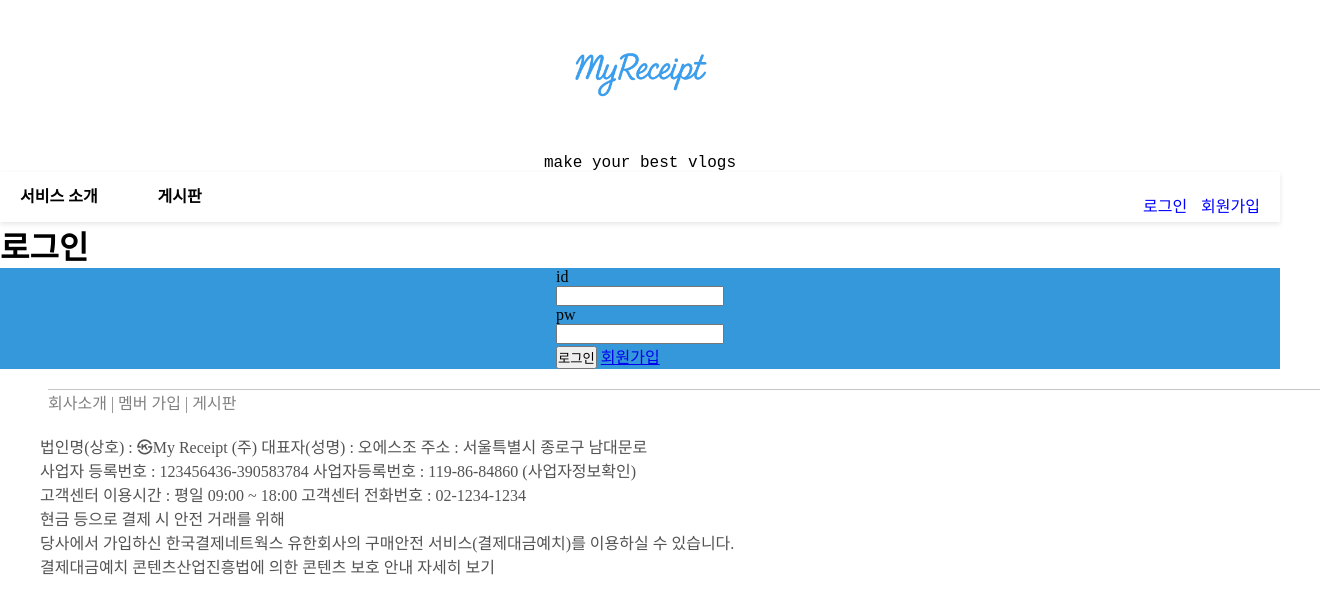
Repository: shong69/mini-project
Page: http://localhost/myReceipt2/login
An editor plug-in stored every save of this project. The page is shown before and after the next save, followed by the edit.
The browser window is 1280 px wide. The page is 1320 px wide, so the pictures cover 1320 px, including what lies to the right of the window. The pictures show the whole page.
Some web fonts or font styles are not loaded; a fallback is used. The page is served by Tomcat 10. Other server files are loaded and not shown.

Above is the page before, as saved 2025-05-05 23:17:19.

### jspProject/myReceipt2/src/main/webapp/WEB-INF/views/login.jsp
<%@ page language="java" contentType="text/html; charset=UTF-8"
    pageEncoding="UTF-8"%>
<!DOCTYPE html>
<html>
<head>
<meta charset="UTF-8">
<title>Insert title here</title>
<link rel="stylesheet" type="text/css" href="resources/css/main.css">
</head>
<body>
	<jsp:include page="/WEB-INF/views/common/header.jsp"></jsp:include>
	<h1>로그인</h1>
	<main>
		<form action="login" method="post" class="login-form">
			<div>
				<p>id</p>
				<input type="text" name="inputId">
			</div>
			<div>
				<p>pw</p>
				<input type="password" name="inputPw">
			</div>

			<button>로그인</button>

			<a href="/myReceipt2/signup" class = "signup">회원가입</a>
		</form>
	</main>

	<jsp:include page="/WEB-INF/views/common/footer.jsp"></jsp:include>
</body>
</html>

### jspProject/myReceipt2/src/main/webapp/WEB-INF/views/common/header.jsp
<%@ page language="java" contentType="text/html; charset=UTF-8"
    pageEncoding="UTF-8"%>
<%@ taglib prefix="c" uri="http://java.sun.com/jsp/jstl/core" %>
	<div id="header">
		<a href="/myReceipt2/index"><img src="resources/imgs/logo.png" style="width:150px;"/></a>
		<p style="font-family: 'Courier New', Courier, monospace;">make your best vlogs</p>
	</div>
	<div id="nav-bar">
		<div id="menu">
			<a href="/myReceipt2/intro">서비스 소개</a>
			<a href="/myReceipt2/board">게시판</a>
		</div>
		<div id="loginSt">
			<c:choose>
				<c:when test="${not empty sessionScope.loginMember} ">
					<p>%{sessionScope.loginMember.nickName}님이 로그인 중</p>
					<a href="/myReceipt2/logout">로그아웃</a>

				</c:when>
				<c:otherwise>
					<a href="/myReceipt2/login">로그인</a>
					<a href="/myReceipt2/sign">회원가입</a>
				</c:otherwise>
			</c:choose>
		</div>

	</div>

### jspProject/myReceipt2/src/main/webapp/WEB-INF/views/common/footer.jsp
<%@ page language="java" contentType="text/html; charset=UTF-8"
    pageEncoding="UTF-8"%>
	<footer class="footer">
	    <section>
	        <div class="footer-nav">
	            <a href="/">회사소개 |</a>
	            <a href="/signup">멤버 가입 |</a>
	            <a href="/">게시판</a>
	        </div>
	    </section>
	    <section>
	        <div>
	            법인명(상호) : ㉿My Receipt (주) 대표자(성명) : 오에스조 주소 : 서울특별시 종로구 남대문로 <br>
	            사업자 등록번호 : 123456436-390583784  사업자등록번호 : 119-86-84860 (사업자정보확인)<br>
	            고객센터 이용시간 : 평일 09:00 ~ 18:00  고객센터 전화번호 : 02-1234-1234
	        </div>

	        <div>
	            현금 등으로 결제 시 안전 거래를 위해<br>
	            당사에서 가입하신 한국결제네트웍스 유한회사의 구매안전 서비스(결제대금예치)를 이용하실 수 있습니다.<br>
	            결제대금예치 콘텐츠산업진흥법에 의한 콘텐츠 보호 안내 자세히 보기
	        </div>
	    </section>
	</footer>

### jspProject/myReceipt2/src/main/java/com/project/jsp/controller/LoginController.java
package com.project.jsp.controller;

import java.io.IOException;

import jakarta.servlet.ServletException;
import jakarta.servlet.http.HttpServlet;
import jakarta.servlet.http.HttpServletRequest;
import jakarta.servlet.http.HttpServletResponse;

public class LoginController extends HttpServlet{
	@Override
	protected void doGet(HttpServletRequest req, HttpServletResponse resp) throws ServletException, IOException {
		req.getRequestDispatcher("/WEB-INF/views/login.jsp").forward(req, resp);
	}
}

### jspProject/myReceipt2/src/main/webapp/resources/css/main.css
* {
	box-sizing: border-box;
	padding: 0;
	margin: 0;
	font-family: 'main';
}
/* 메인 폰트 */
@font-face {
	font-family: 'main';
	src:
		url('https://fastly.jsdelivr.net/gh/Project-Noonnu/noonfonts_2107@1.1/Pretendard-Regular.woff')
		format('woff');
	font-style: normal;
	font-weight: 400;
}

/*header*/
#header {
	width: 100%;
	text-align: center;
}

#header>div:first-child {
	margin-bottom: 15px;
}

#nav-bar {
	line-height: 50px;
	height: 50px;
	position: sticky;
	top: 0;
	left: 0;
	background-color: white;
	z-index: 1000;
	box-shadow: 0 2px 5px rgba(0, 0, 0, 0.1);
}

#loginSt {
	position: absolute;
	top: 10px;
	right: 20px;
}

#loginSt a {
	margin-left: 10px;
	color: blue;
	text-decoration: none;
}

#menu {
	display: flex;
	gap: 20px;
}

#menu a {
	text-decoration: none;
	color: black;
	font-weight: bold;
	padding: 0 20px;
	position: relative;
	overflow: hidden;
	transition: background-color 0.5s ease;
}

#menu a:hover {
	background-color: #335085;
	animation-duration: 2s;
	color: whitesmoke;
}

main {
	background-color: #3498db;
	display: flex;
	flex-direction: column;
	align-items: center;
}

.section-title {
	font-size: 3.5rem;
	margin: 100px 0 70px 0;
}

#carousel {
	width: 90%;
	height: 300px;
	background-color: #ddd;
	margin-top: 20px;
}
/*footer*/
.footer {
	background-color: white;
	width: 100%;
	height: auto;
	display: flex;
	flex-direction: column;
	padding-top: 20px;
	margin: 0 40px;
}

.footer>section:first-child {
	border-top: 1px solid #c5c5c5;
	display: flex;
	flex-direction: row;
	margin-left: 8px;
}

.footer>section a {
	color: gray;
	text-decoration: none;
}

.footer>section:nth-child(2) {
	padding-top: 20px;
	color: rgb(83, 83, 83);
}

After the next save:
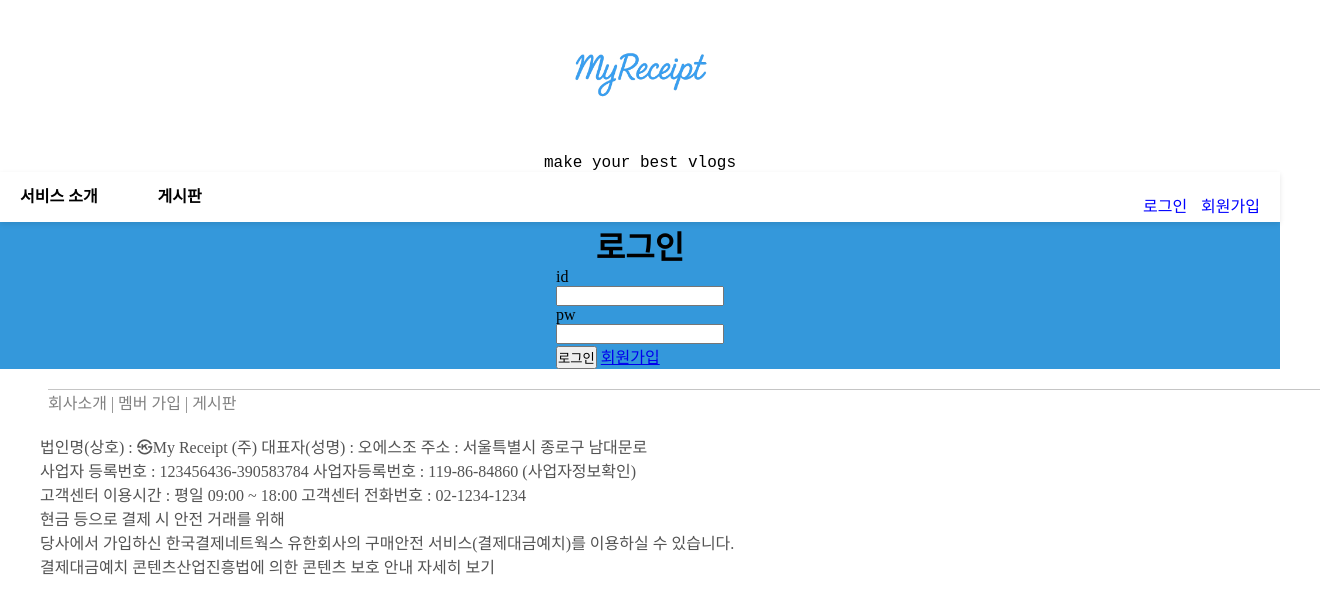
Saved 11 s later.
--- a/jspProject/myReceipt2/src/main/webapp/WEB-INF/views/login.jsp
+++ b/jspProject/myReceipt2/src/main/webapp/WEB-INF/views/login.jsp
@@ -9,8 +9,9 @@
 </head>
 <body>
 	<jsp:include page="/WEB-INF/views/common/header.jsp"></jsp:include>
-	<h1>로그인</h1>
+
 	<main>
+		<h1>로그인</h1>
 		<form action="login" method="post" class="login-form">
 			<div>
 				<p>id</p>
